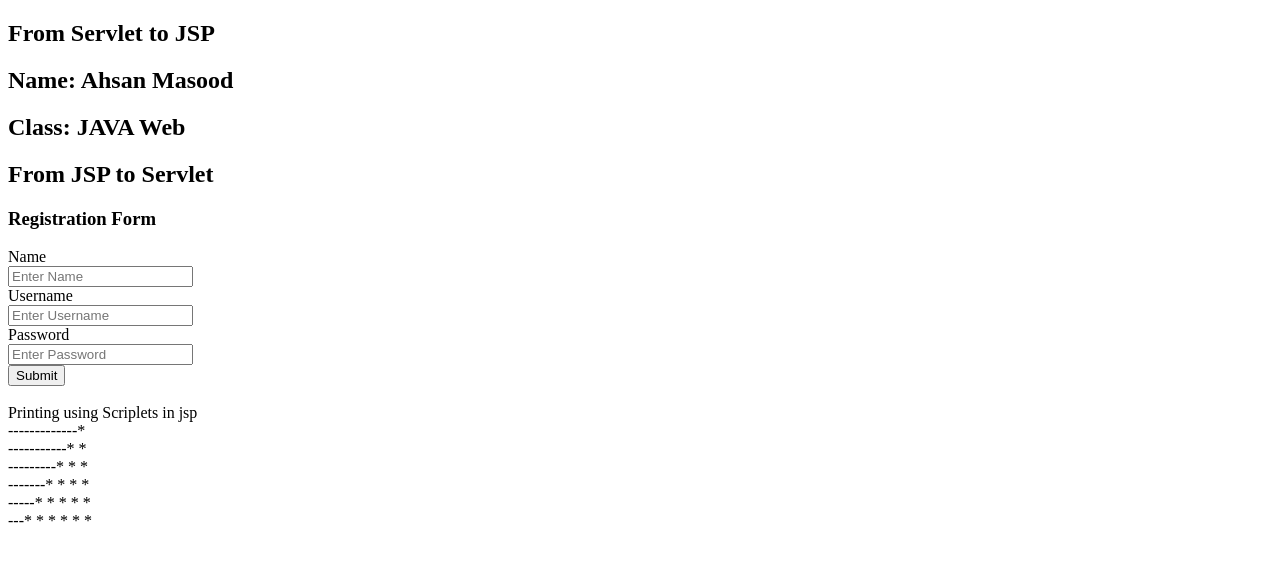
Repository: Ahsan-Masood98/Java-Web-Eng
Page: http://localhost/week2lab/helloworld
An editor plug-in stored every save of this project. The page is shown before and after the next save, followed by the edit.
The browser window is 1280 px wide. The pictures show the whole page.
The page is served by Tomcat 9.

Above is the page before, as saved 2022-09-21 13:58:11.

After the next save:
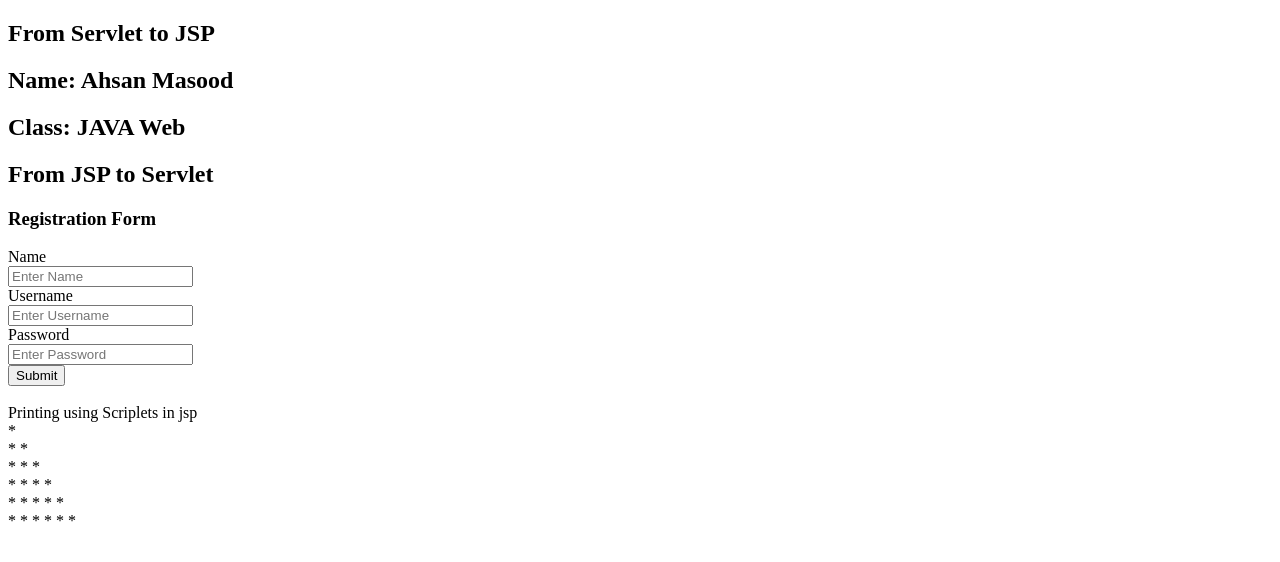
Saved 37 s later.
--- a/eclipse-workplace/week2lab/src/main/webapp/index.jsp
+++ b/eclipse-workplace/week2lab/src/main/webapp/index.jsp
@@ -24,11 +24,8 @@
 	<% out.print("Printing using Scriplets in jsp"); %>
 	<br>
 	<%
-		int i,j, row=6;
+		int i,j,row=6;
 		for(i=0; i< row; i++){
-			int k=0;
-			for (j = 2*(row - i); j >= 0; j--)
-				out.print("-");
 	  		for( j=0; j<=i; j++)
 				out.println("*");
 			out.print("<br/>");
